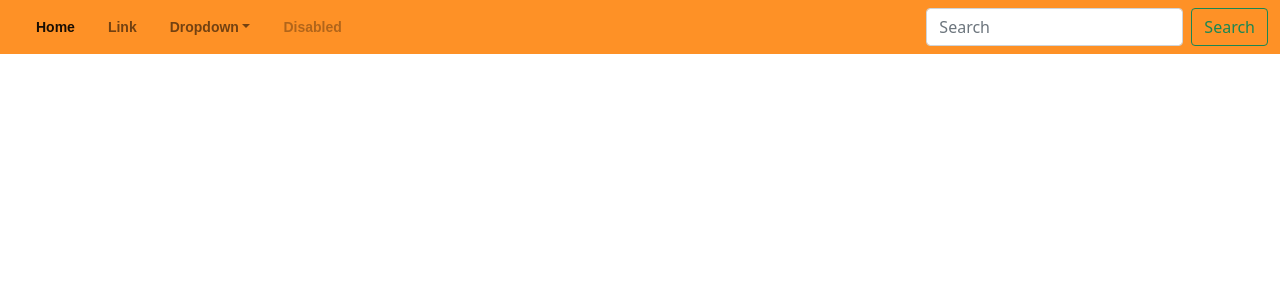
Repository: SaudCh/React-Ecommerce
Page: /login
The author's editor kept a copy of each file at every save. The page is drawn from the files as they stood at one save, then again after the next save.
The browser window is 1280 px wide. The pictures show the whole page.
The project was rebuilt for these pictures with package versions that can differ from the ones it lists, and the page was loaded fresh each time. Also part of the build but not shown: src/App.css.

Above is the page before, as saved 2021-12-05 11:46:18.

After the next save:
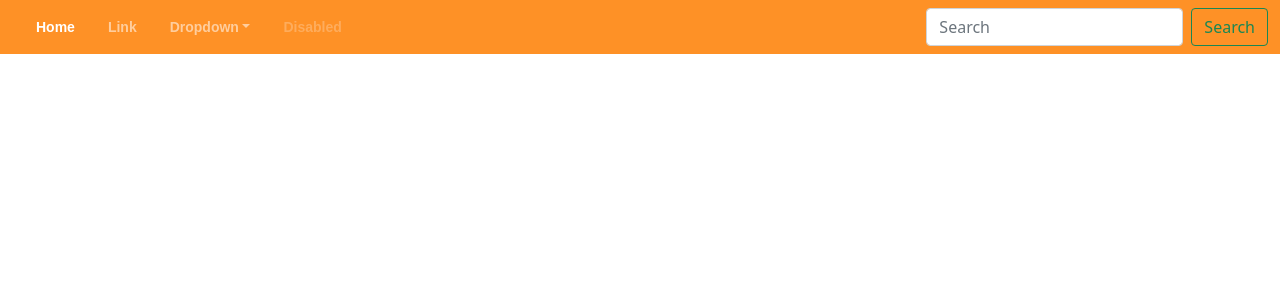
Saved 6 s later.
--- a/src/Header/Header.jsx
+++ b/src/Header/Header.jsx
@@ -5,7 +5,7 @@ import "./Header.css";
 export default function Header() {
   return (
     <nav
-      class="navbar navbar-expand-lg navbar-light"
+      class="navbar navbar-expand-lg navbar-dark"
       style={{ backgroundColor: "#fe9126" }}
     >
       <div class="container-fluid">
